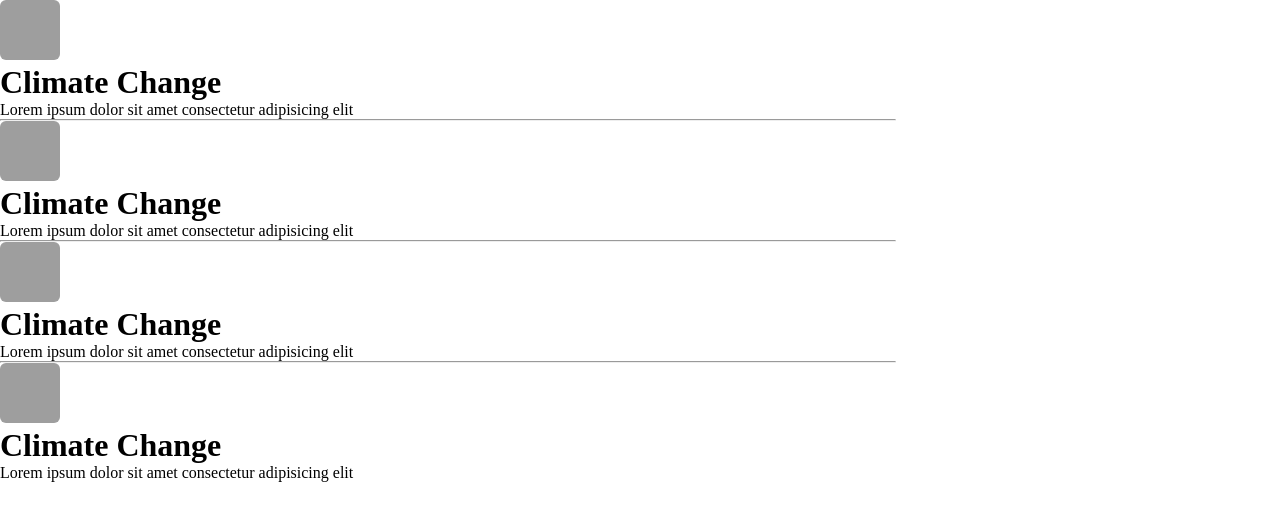
Repository: longNT0dev/C4E132
Page: SS3/index.html
The author's editor kept a copy of each file at every save. The page is drawn from the files as they stood at one save, then again after a run of saves.
The browser window is 1280 px wide. The pictures show the whole page.
Pictures or frames that could not be fetched are drawn as grey boxes.

Above is the page before, as saved 2022-09-28 21:54:10.

After the next 3 saves:
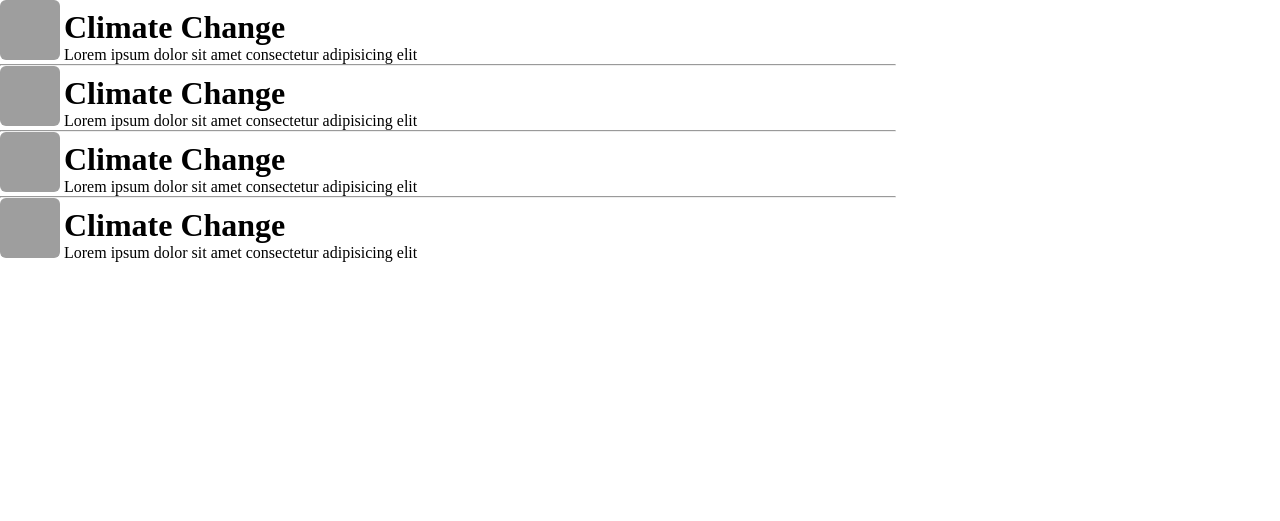
The 3 saves are shown as one change because they came seconds apart.
The last was saved 13 s later.
--- a/SS3/style.css
+++ b/SS3/style.css
@@ -45,6 +45,6 @@
 
 .content {
     display: inline-block;
-    width: 100%;
+    width: 70%;
     height: 100%;
 }
